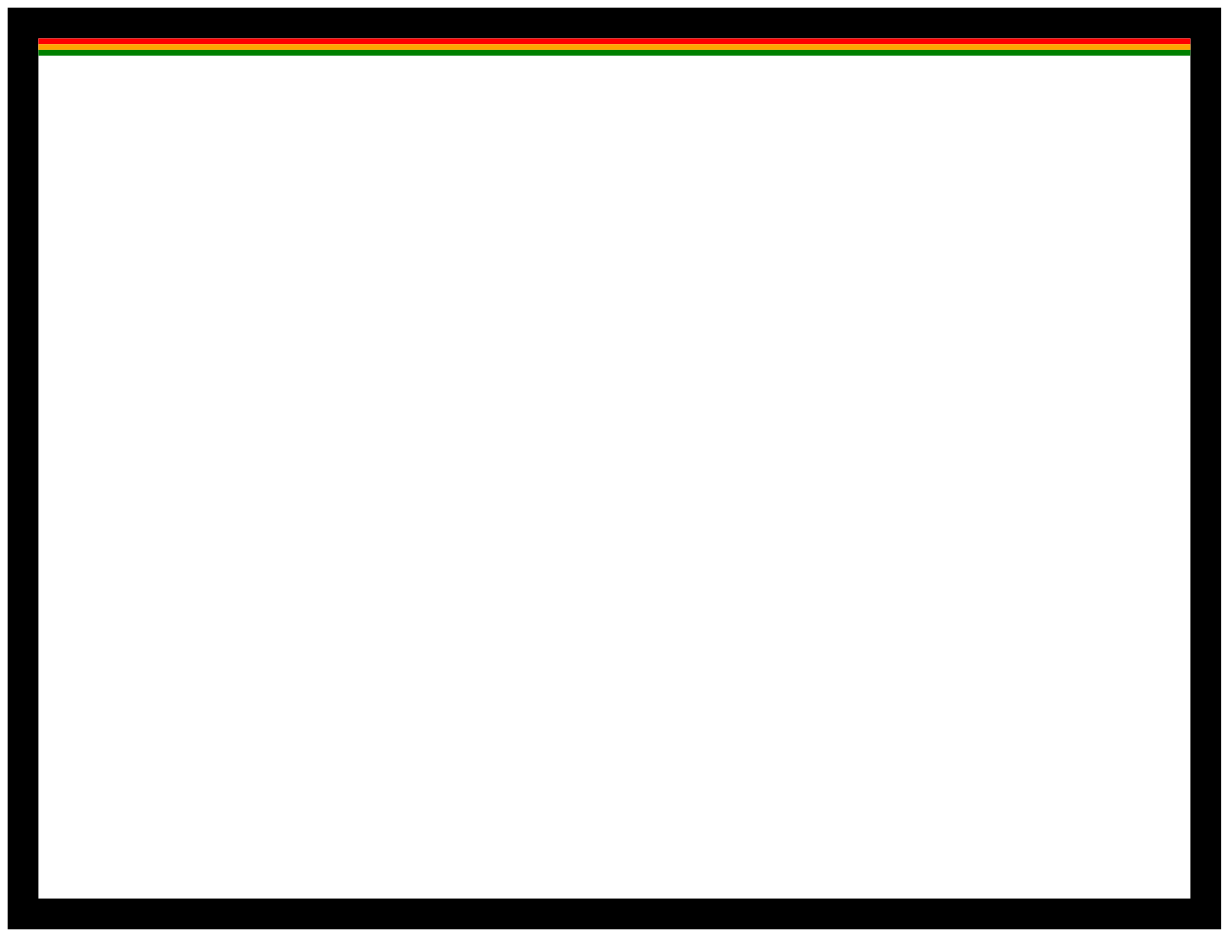
Repository: Tsardines/mondrian
Page: index.html
The author's editor kept a copy of each file at every save. The page is drawn from the files as they stood at one save, then again after the next save.
The browser window is 1280 px wide. The pictures show the whole page, at 96% of full size.
Some web fonts or font styles are not loaded; a fallback is used.

Above is the page before, as saved 2019-10-20 16:12:21.

After the next save:
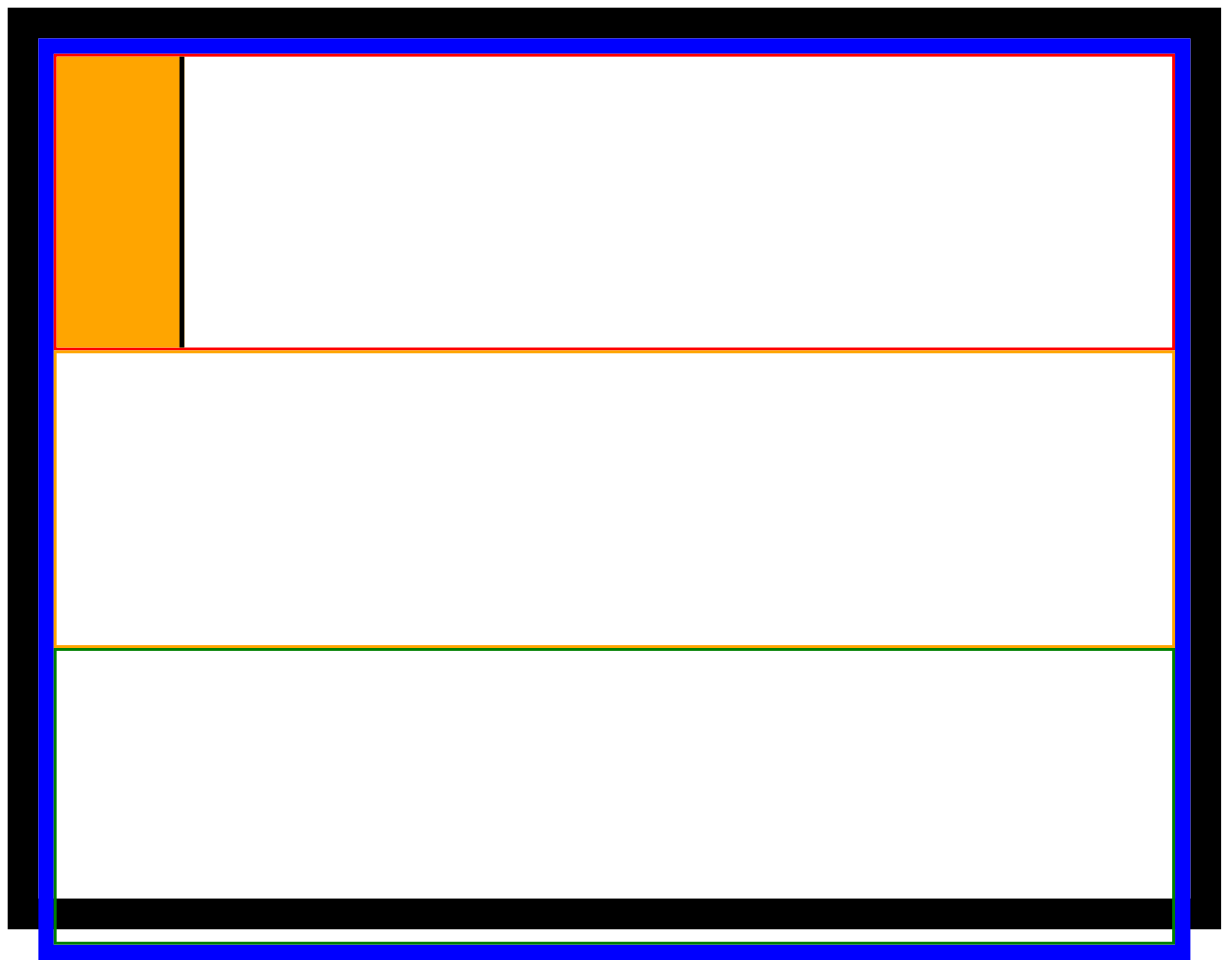
Saved 7 s later.
--- a/index.html
+++ b/index.html
@@ -15,21 +15,21 @@
 
     <div id="canvas">
         <div class="grid__container">
-        <div class="grid__top">
-            <div class="top__rect"></div>
+            <div class="grid__top">
+                <div class="top__rect"></div>
 
 
-        </div>
-        <div class="grid__middle">
+            </div>
+            <div class="grid__middle">
 
 
 
-        </div>
-        <div class="grid__bottom">
+            </div>
+            <div class="grid__bottom">
 
 
 
-        </div>
+            </div>
     </div>
 </div>
 
--- a/styles.css
+++ b/styles.css
@@ -4,7 +4,7 @@
     height: 56rem;
 }
 
-.grid-container {
+.grid__container {
     border: 1rem solid blue;
     height: 58rem;
 }
